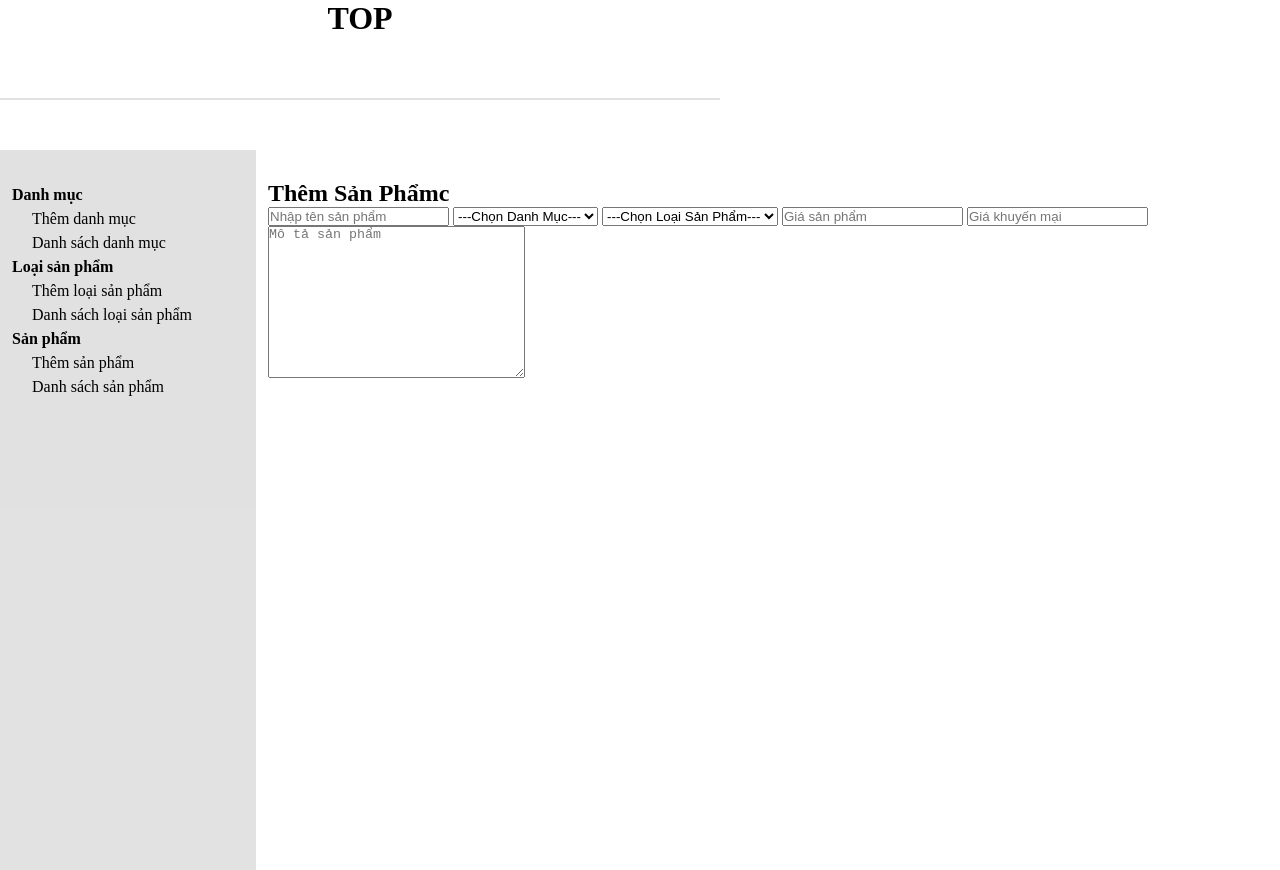
Repository: dinhvanbinh2310/ivy-moda
Page: Admin/productadd.html
The author's editor kept a copy of each file at every save. The page is drawn from the files as they stood at one save, then again after the next save.
The browser window is 1280 px wide. The pictures show the whole page.

Above is the page before, as saved 2022-07-06 15:55:58.

After the next save:
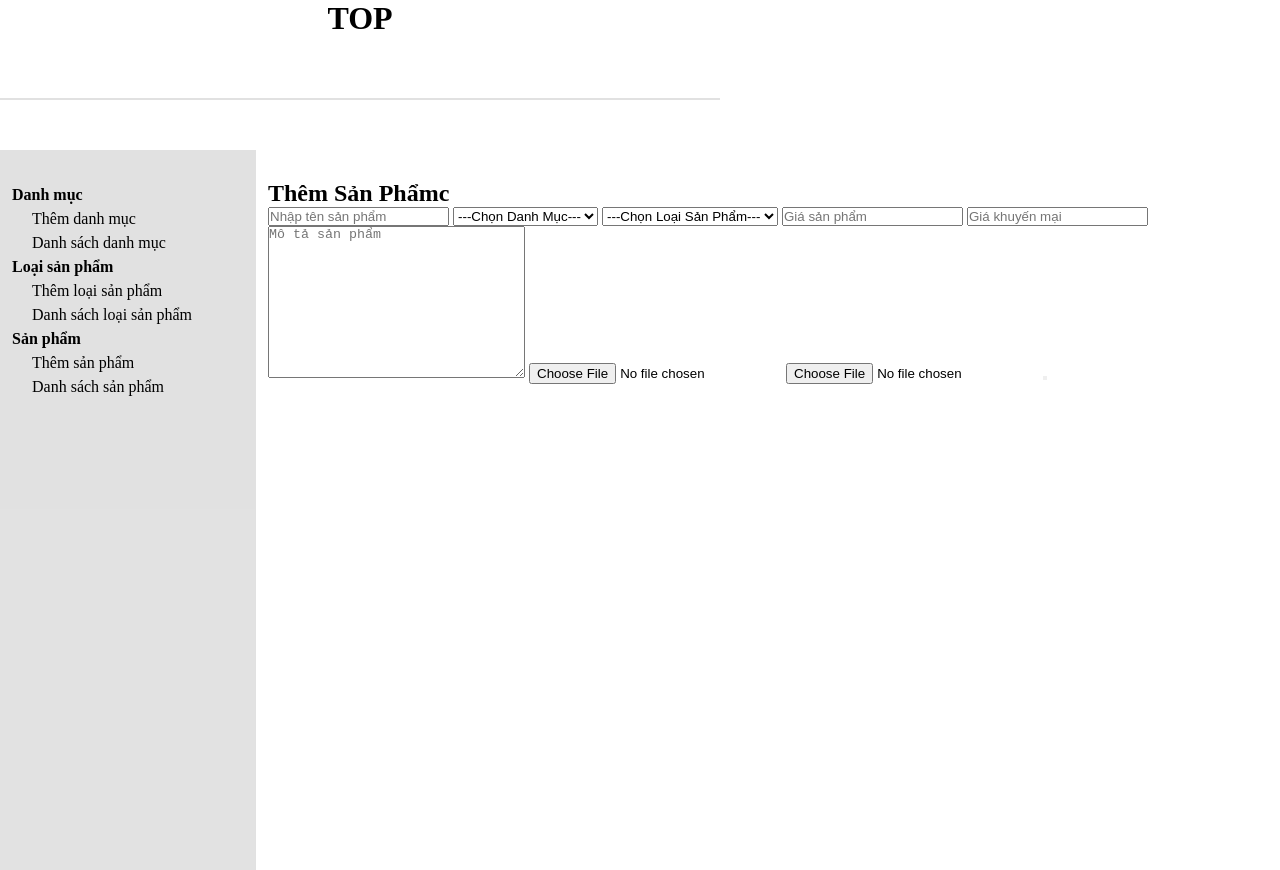
Saved 73 s later.
--- a/Admin/productadd.html
+++ b/Admin/productadd.html
@@ -47,6 +47,9 @@
           <input type="text" placeholder="Giá sản phẩm">
           <input type="text" placeholder="Giá khuyến mại">
           <textarea name="" id="" cols="30" rows="10" placeholder="Mô tả sản phẩm"></textarea>
+          <input type="file">
+          <input type="file">
+          <button type="submit"> </button>
           </form>
         </div>
       </div>
